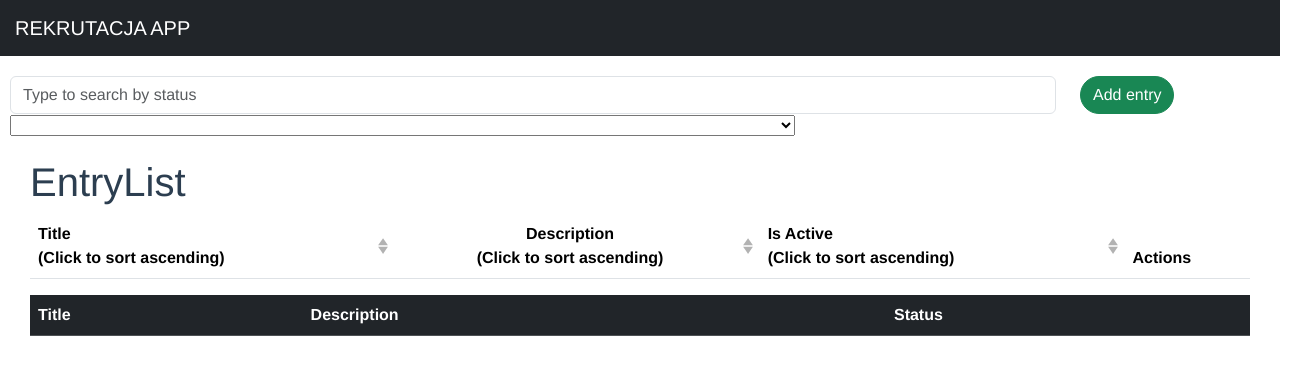
Repository: Madaless/vue_elastic
Page: / (app in vuejsapp/crudapp/)
These files come from the project's save history. The page is drawn as it stood at one moment and after the next save; the edit follows.
The browser window is 1280 px wide. The page is 1292 px wide, so the pictures cover 1292 px, including what lies to the right of the window. The pictures show the whole page.
The page's requests for data from a server got no answer. The project was rebuilt for these pictures with package versions that can differ from the ones it lists, and the page was loaded fresh each time. No one was signed in, and anything a server would have sent is missing.

Above is the page before, as saved 2021-09-12 17:36:34.

### vuejsapp/crudapp/src/main.js
import Vue from 'vue'
import App from './App.vue'
import store from  './store/index'
import { BootstrapVue, IconsPlugin } from 'bootstrap-vue'

// Import Bootstrap an BootstrapVue CSS files (order is important)
import 'bootstrap/dist/css/bootstrap.css'
import 'bootstrap-vue/dist/bootstrap-vue.css'

// Make BootstrapVue available throughout your project
Vue.use(BootstrapVue)
// Optionally install the BootstrapVue icon components plugin
Vue.use(IconsPlugin)

Vue.config.productionTip = false

new Vue({
  store,
  render: h => h(App),
}).$mount('#app')

### vuejsapp/crudapp/src/App.vue
<template>
  <div id="app">
    <b-navbar class="navbar navbar-expand navbar-dark bg-dark">
      <b-navbar-brand id="header" href="#">REKRUTACJA APP</b-navbar-brand>
    </b-navbar>

    <b-row id = "filterEntry">
      <b-col sm="10"><FilterEntry /></b-col>
      <b-col sm="2"><AddEntry /></b-col>
    </b-row>

    <EntryList />
  </div>
</template>

<script>
import AddEntry from "./components/AddEntry.vue";
import FilterEntry from "./components/FilterEntry.vue";
import EntryList from "./components/EntryList.vue";

export default {
  name: "App",
  components: {
    AddEntry,
    FilterEntry,
    EntryList,
  },
};
</script>

<style>
#app {
  font-family: Avenir, Helvetica, Arial, sans-serif;
  -webkit-font-smoothing: antialiased;
  -moz-osx-font-smoothing: grayscale;
  color: #2c3e50;
}
#header {
  padding-left: 15px;
}

#filterEntry {
    padding-top: 20px;
    padding-bottom: 20px;
    padding-left: 10px;
    padding-right: 10px;
}
</style>

### vuejsapp/crudapp/src/store/index.js
import Vuex from 'vuex';
import Vue from 'vue';
import entryList from './modules/entryList';

Vue.use(Vuex);

export default new Vuex.Store({
    modules: {
        entryList
    }
})

### vuejsapp/crudapp/src/components/AddEntry.vue
<template>
  <div>
    <b-button pill block variant="success">Add entry</b-button>
  </div>
</template>

<script>
export default {
  setup() {},
};
</script>

<style scoped>
</style>

### vuejsapp/crudapp/src/components/FilterEntry.vue
<template>
  <div>
    <b-form-input
      id="filter-input"
      v-model="filter"
      type="search"
      placeholder="Type to search by status"
    ></b-form-input>

    <b-form-select
      id="sort-by-select"
      v-model="sortBy"
      :options="sortOptions"
      :aria-describedby="ariaDescribedby"
      size="l"
      class="w-75">
      <template #first>
        <option value="">-- none --</option>
      </template>
    </b-form-select>


  </div>
</template>

<script>
export default {
  setup() {},
  data() {
      return {
          sortOptions: ["no","yes"]
      }
  }
};
</script>

<style scoped>
</style>

### vuejsapp/crudapp/src/components/EntryList.vue
<template>
  <div id="entryList">
    <h1>EntryList</h1>

    <div class="todos">
      <b-table :items="entryList" :fields="fields">
        <template #cell(name)="row">
          {{ row.value.first }} {{ row.value.last }}
        </template>

        <template #cell(actions)="row">
          <b-button
            pill
            size="sm"
            @click="info(row.item, row.index, $event.target)"
            class="mr-1"
          >
            Info modal
          </b-button>
          <b-button size="sm" pill @click="row.toggleDetails">
            {{ row.detailsShowing ? "Hide" : "Show" }} Details
          </b-button>
          <b-button size="sm" pill block variant="danger"
            >Delete entry</b-button>
        </template>

        <template #row-details="row">
          <b-card>
            <ul>
              <li v-for="(value, key) in row.item" :key="key">
                {{ key }}: {{ value }}
              </li>
            </ul>
          </b-card>
        </template>
      </b-table>
      <table class="table table-striped table-dark">
        <thead>
          <tr>
            <th>Title</th>
            <th>Description</th>
            <th>Status</th>
          </tr>
        </thead>
        <tbody>
          <tr v-for="entry in entryList" v-bind:key="entry.key">
            <td>{{ entry.title }}</td>
          </tr>
        </tbody>
      </table>
    </div>
  </div>
</template>

<script>
import { mapGetters, mapActions } from "vuex";

export default {
  name: "EntryList",
  methods: {
    ...mapActions(["fetchEntryList"]),
  },
  computed: mapGetters(["entryList"]),
  created() {
    this.fetchEntryList();
  },
  data() {
    return {
      items: [
        {
          isActive: true,
          age: 40,
          name: { first: "Dickerson", last: "Macdonald" },
        },
        { isActive: false, age: 21, name: { first: "Larsen", last: "Shaw" } },
        {
          isActive: false,
          age: 9,
          name: { first: "Mini", last: "Navarro" },
          _rowVariant: "success",
        },
        { isActive: false, age: 89, name: { first: "Geneva", last: "Wilson" } },
        { isActive: true, age: 38, name: { first: "Jami", last: "Carney" } },
        { isActive: false, age: 27, name: { first: "Essie", last: "Dunlap" } },
        { isActive: true, age: 40, name: { first: "Thor", last: "Macdonald" } },
        {
          isActive: true,
          age: 87,
          name: { first: "Larsen", last: "Shaw" },
          _cellVariants: { age: "danger", isActive: "warning" },
        },
        { isActive: false, age: 26, name: { first: "Mitzi", last: "Navarro" } },
        {
          isActive: false,
          age: 22,
          name: { first: "Genevieve", last: "Wilson" },
        },
        { isActive: true, age: 38, name: { first: "John", last: "Carney" } },
        { isActive: false, age: 29, name: { first: "Dick", last: "Dunlap" } },
      ],
      fields: [
        {
          key: "title",
          label: "Title",
          sortable: true,
          sortDirection: "desc",
        },
        {
          key: "description",
          label: "Description",
          sortable: true,
          class: "text-center",
        },
        {
          key: "isActive",
          label: "Is Active",
          formatter: (value) => {
            return value ? "Yes" : "No";
          },
          sortable: true,
          sortByFormatted: true,
          filterByFormatted: true,
        },
        { key: "actions", label: "Actions" },
      ],
    };
  },
};
</script>

<style scoped>
#entryList {
  padding-left: 30px;
  padding-right: 30px;
}
</style>

### vuejsapp/crudapp/src/store/modules/entryList.js
import axios from 'axios';

const state = {
  entryList: []
};
// get the state
const getters = {
  entryList: (state) => {
    return state.entryList
  }
};

const actions = {
    // fetch from api
  async fetchEntryList({ commit }) {
    const response = await axios.get('https://jsonplaceholder.typicode.com/todos');

    commit('setEntryList', response.data);
  }
}

const mutations = {
    setEntryList: (state, entryList) => (state.entryList = entryList)
};

export default {
    state,
    getters,
    actions,
    mutations
};

Loaded but not shown: vuejsapp/crudapp/public/index.html (common file)

After the next save:
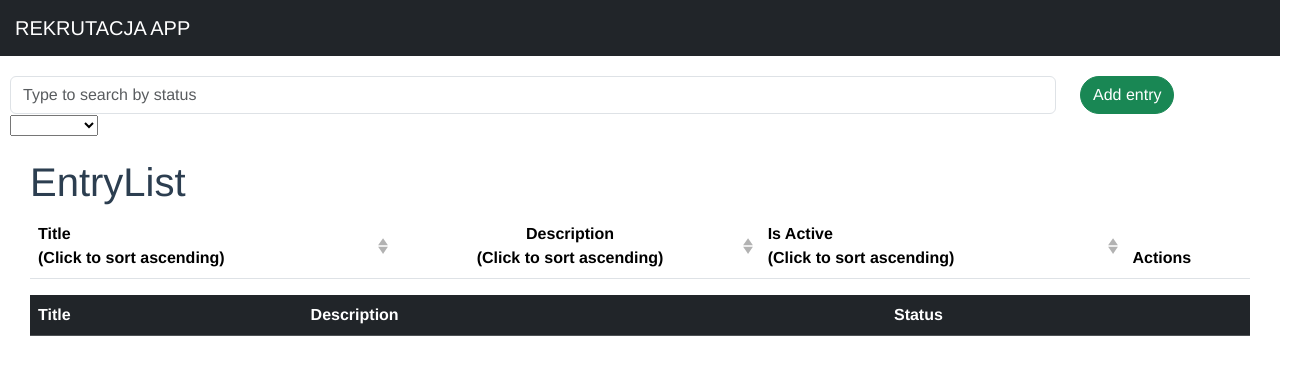
Saved 20 s later.
--- a/vuejsapp/crudapp/src/components/FilterEntry.vue
+++ b/vuejsapp/crudapp/src/components/FilterEntry.vue
@@ -13,7 +13,7 @@
       :options="sortOptions"
       :aria-describedby="ariaDescribedby"
       size="l"
-      class="w-75">
+      class="w-35">
       <template #first>
         <option value="">-- none --</option>
       </template>

After the 2 saves that followed:
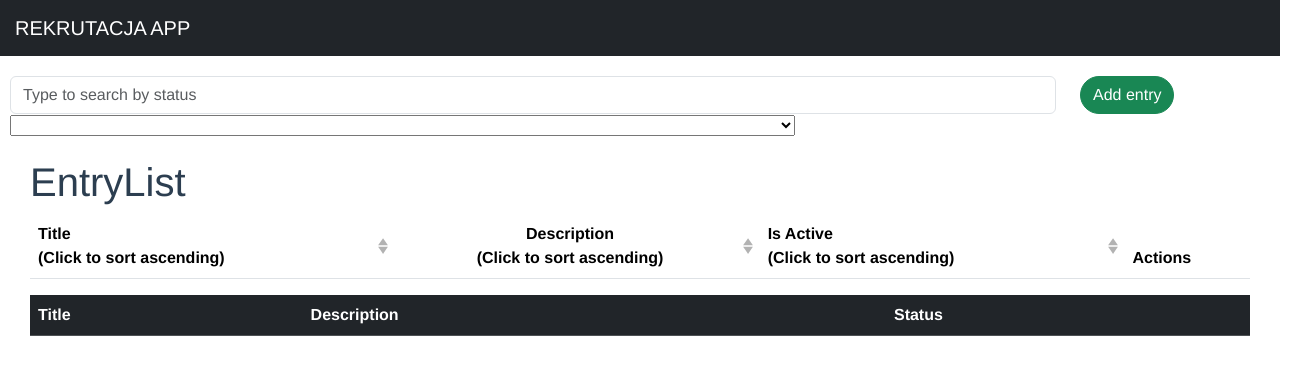
The 2 saves are shown as one change because 1 left the picture as it was.
The last was saved 54 s later.
--- a/vuejsapp/crudapp/src/components/FilterEntry.vue
+++ b/vuejsapp/crudapp/src/components/FilterEntry.vue
@@ -13,7 +13,7 @@
       :options="sortOptions"
       :aria-describedby="ariaDescribedby"
       size="l"
-      class="w-35">
+      class="w-75">
       <template #first>
         <option value="">-- none --</option>
       </template>
